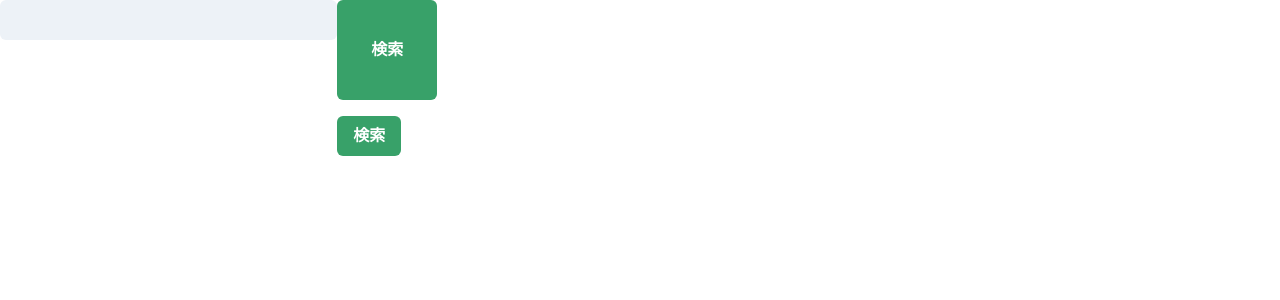
Repository: kanshu-1118/gpt-schoollife
Page: /
These files come from the project's save history. The page is drawn as it stood at one moment and after the next save; the edit follows.
The browser window is 1280 px wide. The pictures show the whole page.
The page's requests for data from a server got no answer. The project was rebuilt for these pictures with package versions that can differ from the ones it lists, and the page was loaded fresh each time. The framework's server and built-in components were replaced by stand-ins that run in the browser. No one was signed in, and anything a server would have sent is missing. Also part of the build but not shown: next.config.js.

Above is the page before, as saved 2023-05-22 14:22:35.

After the next save:
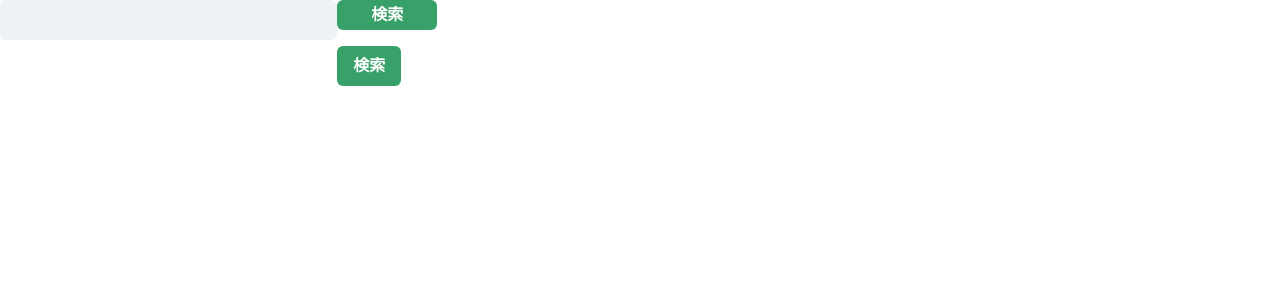
Saved 8 s later.
--- a/src/pages/index.tsx
+++ b/src/pages/index.tsx
@@ -34,7 +34,7 @@ export default function Home() {
             <Input type="text" variant='filled' onChange={(e)=>{setText(e.target.value)}}/>
             <Wrap spacing={4}>
               <WrapItem>
-                <Button variant='solid' w={"100px"} h="100px"  colorScheme='green'>検索</Button>
+                <Button variant='solid' w={"100px"} h="30px"  colorScheme='green'>検索</Button>
               </WrapItem>
               <WrapItem>
                 <Button variant='solid' colorScheme='green'>検索</Button>
